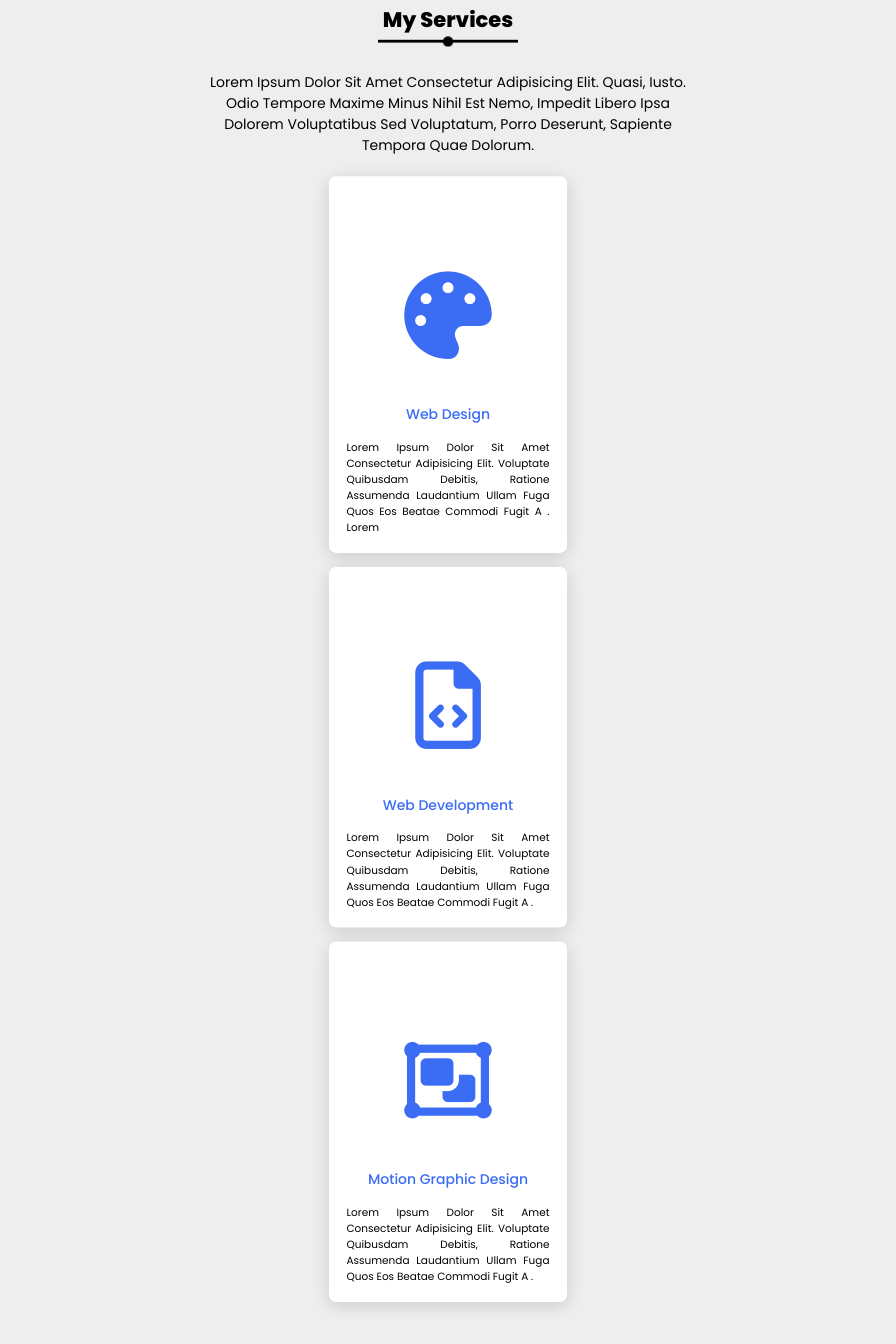
Repository: Pinocoding/New
Page: index.html
These files come from the project's save history. The page is drawn as it stood at one moment and after the next save; the edit follows.
The browser window is 1280 px wide. The pictures show the part of the page from y = 2537 to 4457 px (the page is 4457 px tall before and 4434 px after), at 70% of full size.
Backgrounds fixed to the window are drawn as part of the page.

Above is the page before, as saved 2021-10-13 23:41:10.

After the next save:
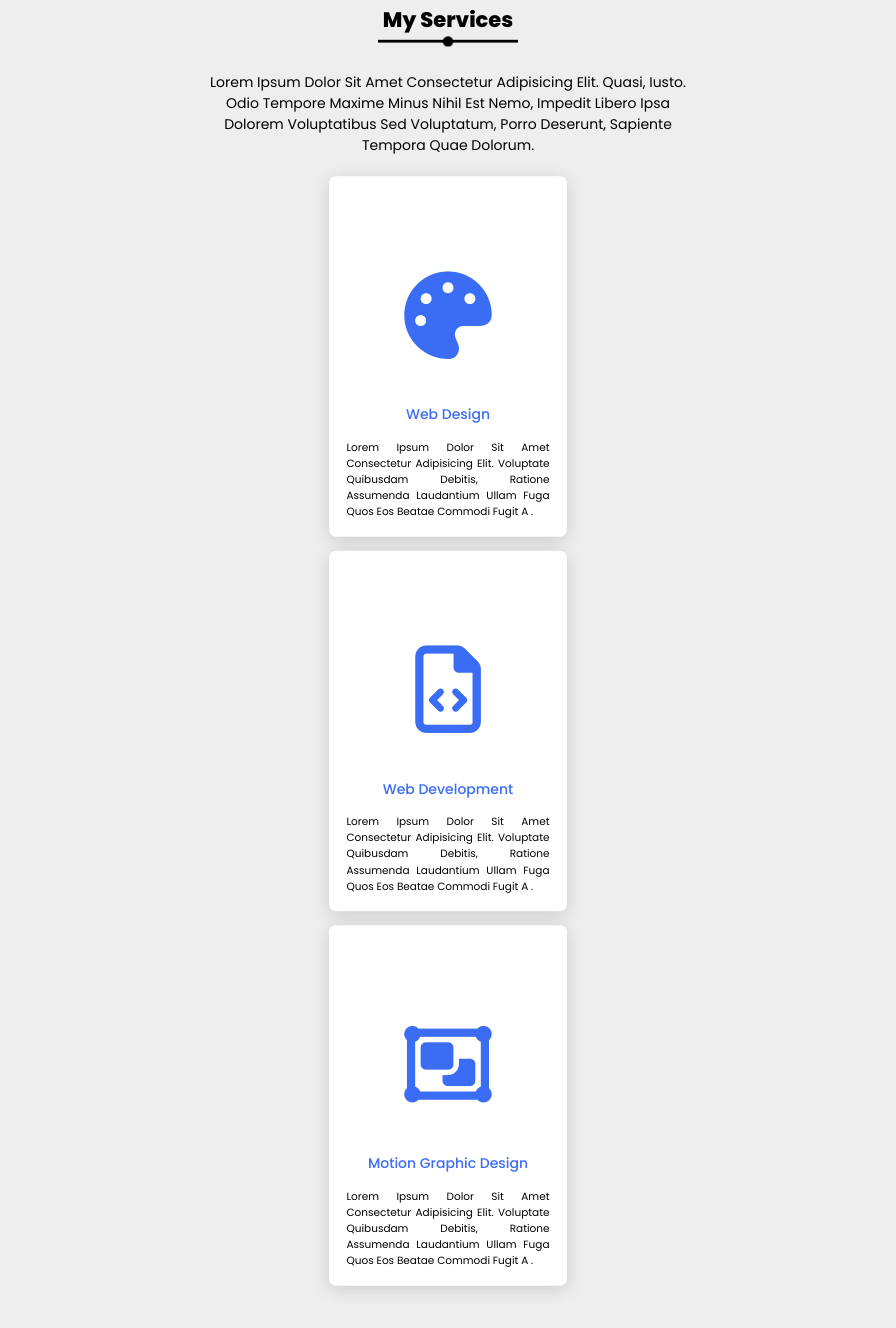
Saved 34 s later.
--- a/index.html
+++ b/index.html
@@ -142,7 +142,6 @@
       <div class="infor">
         <h3>web design</h3>
         <p>Lorem ipsum dolor sit amet consectetur adipisicing elit. Voluptate quibusdam debitis, ratione assumenda laudantium ullam fuga quos eos beatae commodi fugit a .
-          lorem
 
         </p>
       </div>
@@ -165,6 +164,7 @@
       <div class="infor">
         <h3>motion graphic design</h3>
         <p>Lorem ipsum dolor sit amet consectetur adipisicing elit. Voluptate quibusdam debitis, ratione assumenda laudantium ullam fuga quos eos beatae commodi fugit a .</p>
+      </div>
     </div>
     </div>
   </div>
